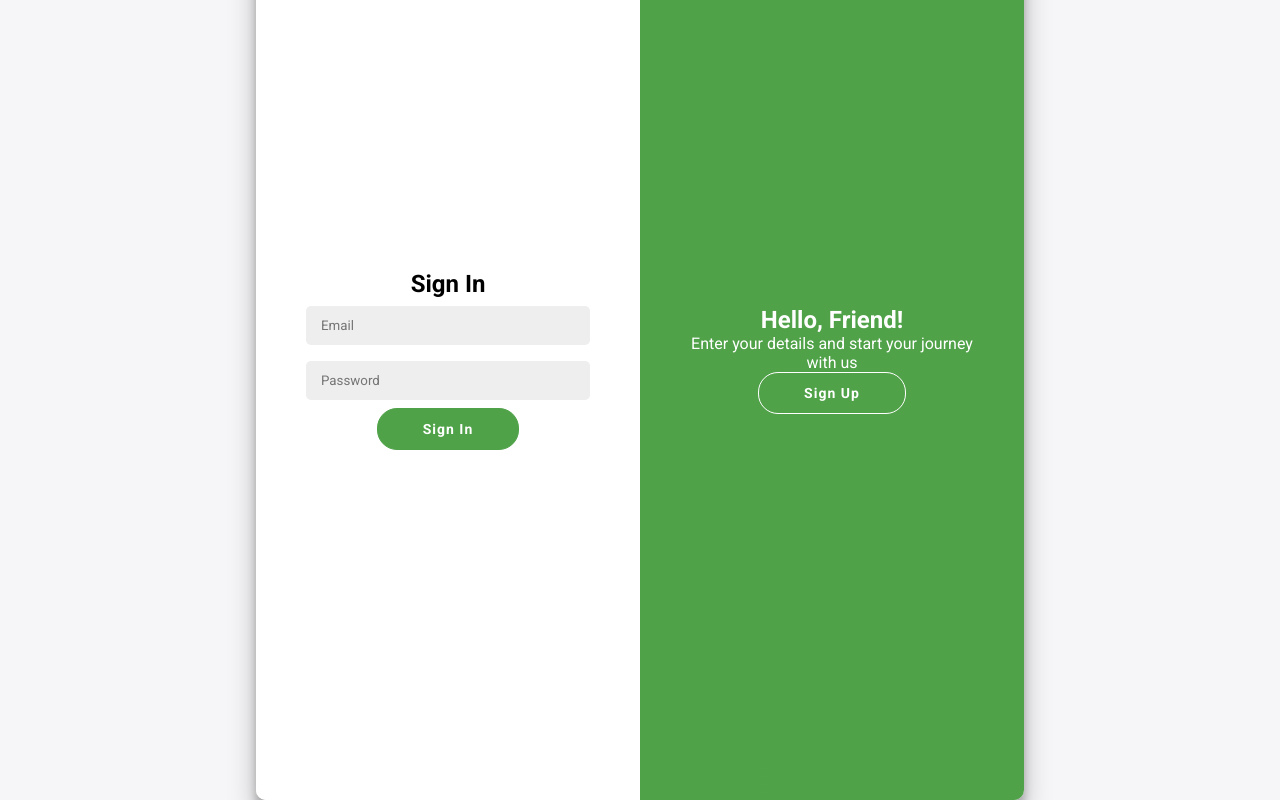
Repository: LatikaAdhikari064/Tuition_Website
Page: website_new/content/signin.html
The author's editor kept a copy of each file at every save. The page is drawn from the files as they stood at one save, then again after the next save.
The browser window is 1280 px wide. The pictures show the whole page.

Above is the page before, as saved 2025-10-08 10:56:07.

After the next save:
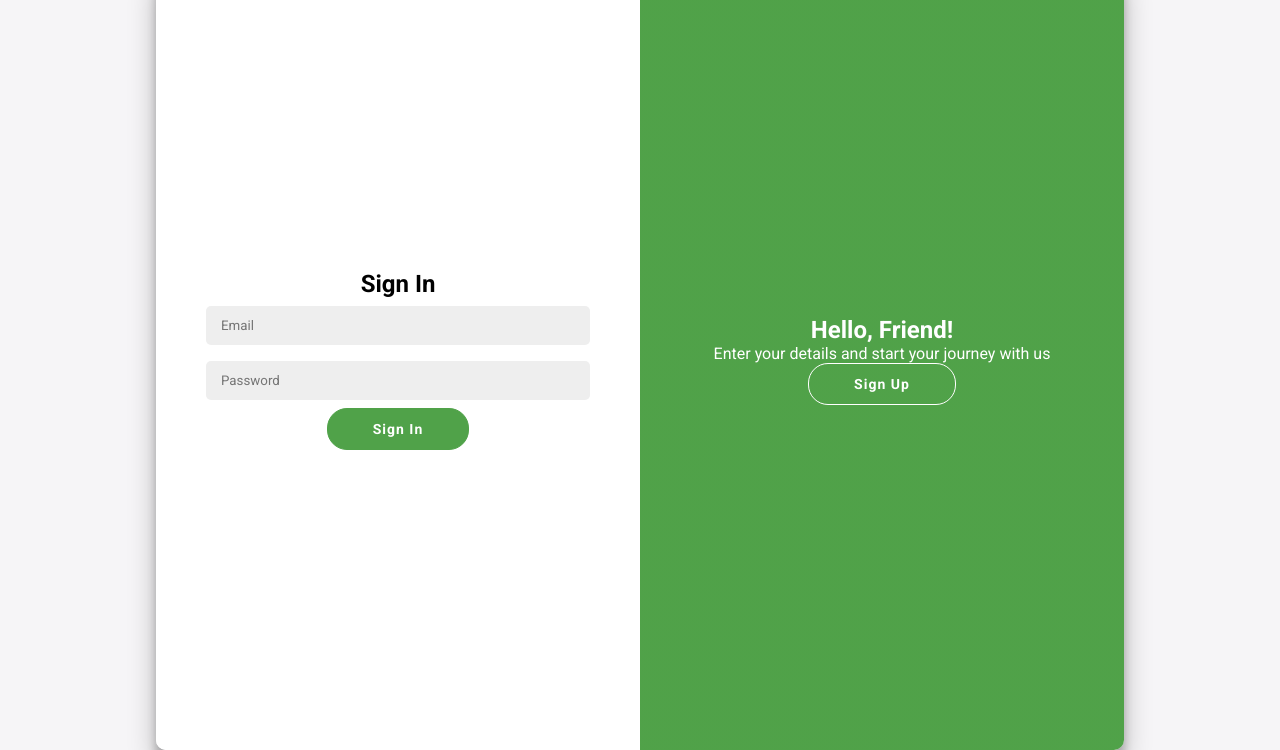
Saved 22 s later.
--- a/website_new/content/signin.css
+++ b/website_new/content/signin.css
@@ -21,9 +21,9 @@ body {
     box-shadow: 0 14px 28px rgba(0,0,0,0.25),
                 0 10px 10px rgba(0,0,0,0.22);
     position: relative;
-    width: 768px;
+    width: 968px;
     max-width: 100%;
-    min-height: 880px;
+    min-height: 780px;
     overflow: hidden;
 }
 
